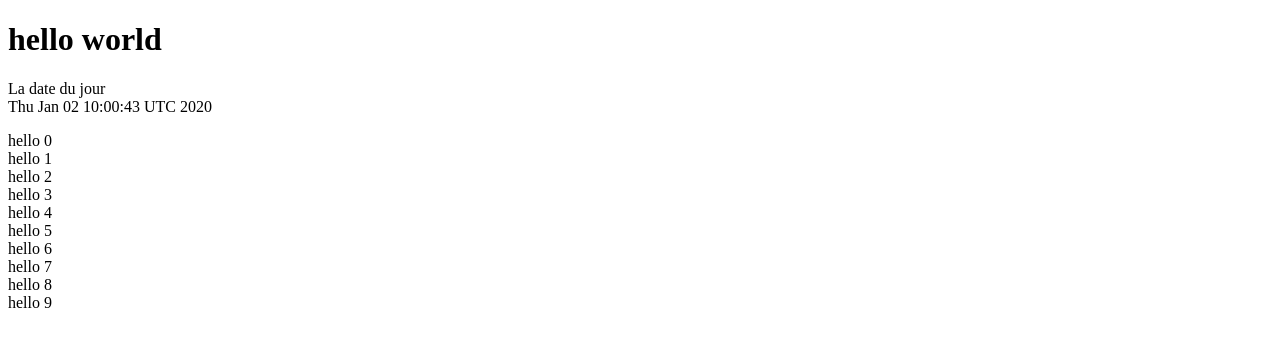
Repository: teddyruppin/GitFormateur
Page: http://localhost/JSP01/
These files come from the project's save history. The page is drawn as it stood at one moment and after the next save; the edit follows.
The browser window is 1280 px wide. The pictures show the whole page.
The page is served by Tomcat 9. Other server files are loaded and not shown.

Above is the page before, as saved 2020-01-02 10:47:36.

### src/projpoo1/JSP01/WebContent/index.jsp
<%@ page language="java" contentType="text/html; charset=ISO-8859-1"
    pageEncoding="ISO-8859-1"%>
    <%@ page import="java.util.Date" %>
<!DOCTYPE html>
<html>
<head>
<meta charset="ISO-8859-1">
<title>page welcome JSP01</title>
</head>
<body>
	<h1> hello world </h1>
	<p> La date du jour <br/> <%=  new Date() %> </p>

	<%

	for(int i=0;i<10;i++)
		out.append("hello " + i + "<br/>");

	%>
</body>
</html>

After the next save:
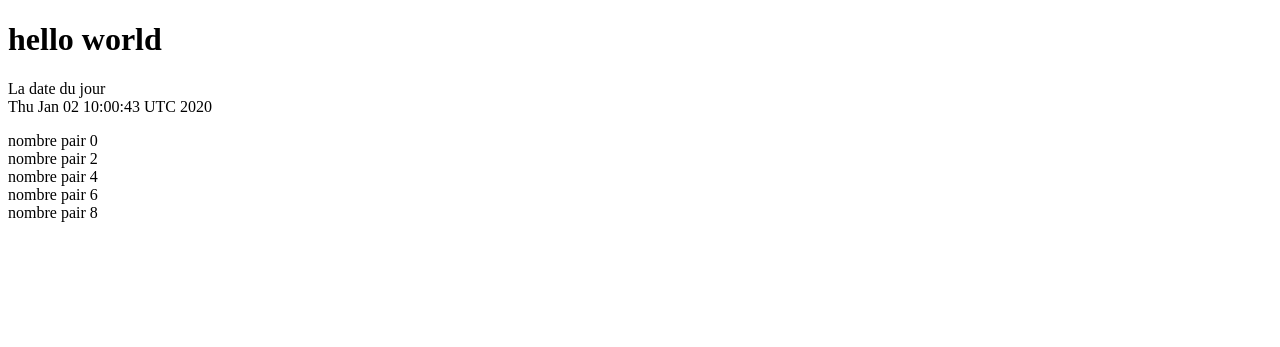
Saved 11 min 28 s later.
--- a/src/projpoo1/JSP01/WebContent/index.jsp
+++ b/src/projpoo1/JSP01/WebContent/index.jsp
@@ -14,7 +14,9 @@
 	<%
 
 	for(int i=0;i<10;i++)
-		out.append("hello " + i + "<br/>");
+		if (i%2 == 0){
+			out.append("nombre pair " + i + "<br/>");
+		}
 
 	%>
 </body>
